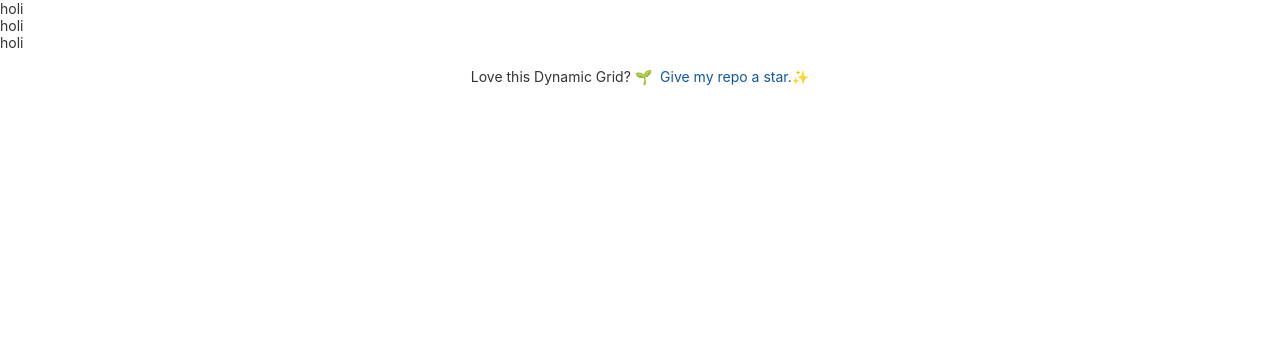
Repository: atzin-escandia/dynamic-angular-grid-factory
Page: /
The author's editor kept a copy of each file at every save. The page is drawn from the files as they stood at one save, then again after the next save.
The browser window is 1280 px wide. The pictures show the whole page.
The project was rebuilt for these pictures with package versions that can differ from the ones it lists, and the page was loaded fresh each time. Also part of the build but not shown: angular.json.

Above is the page before, as saved 2023-08-16 14:35:22.

After the next save:
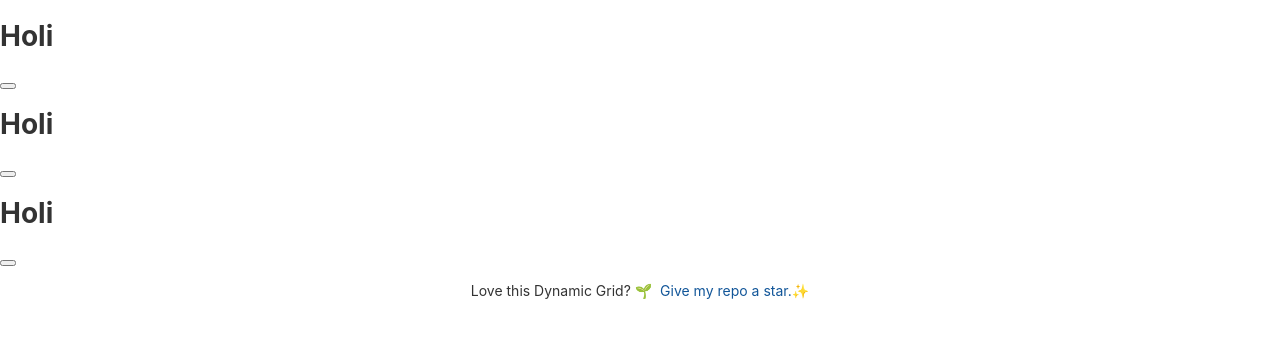
Saved 108 s later.
--- a/src/app/component-example/component-example.component.html
+++ b/src/app/component-example/component-example.component.html
@@ -1 +1,4 @@
-<div>holi</div>
+<div>
+  <h1>Holi</h1>
+  <button (click)="handle()"></button>
+</div>
